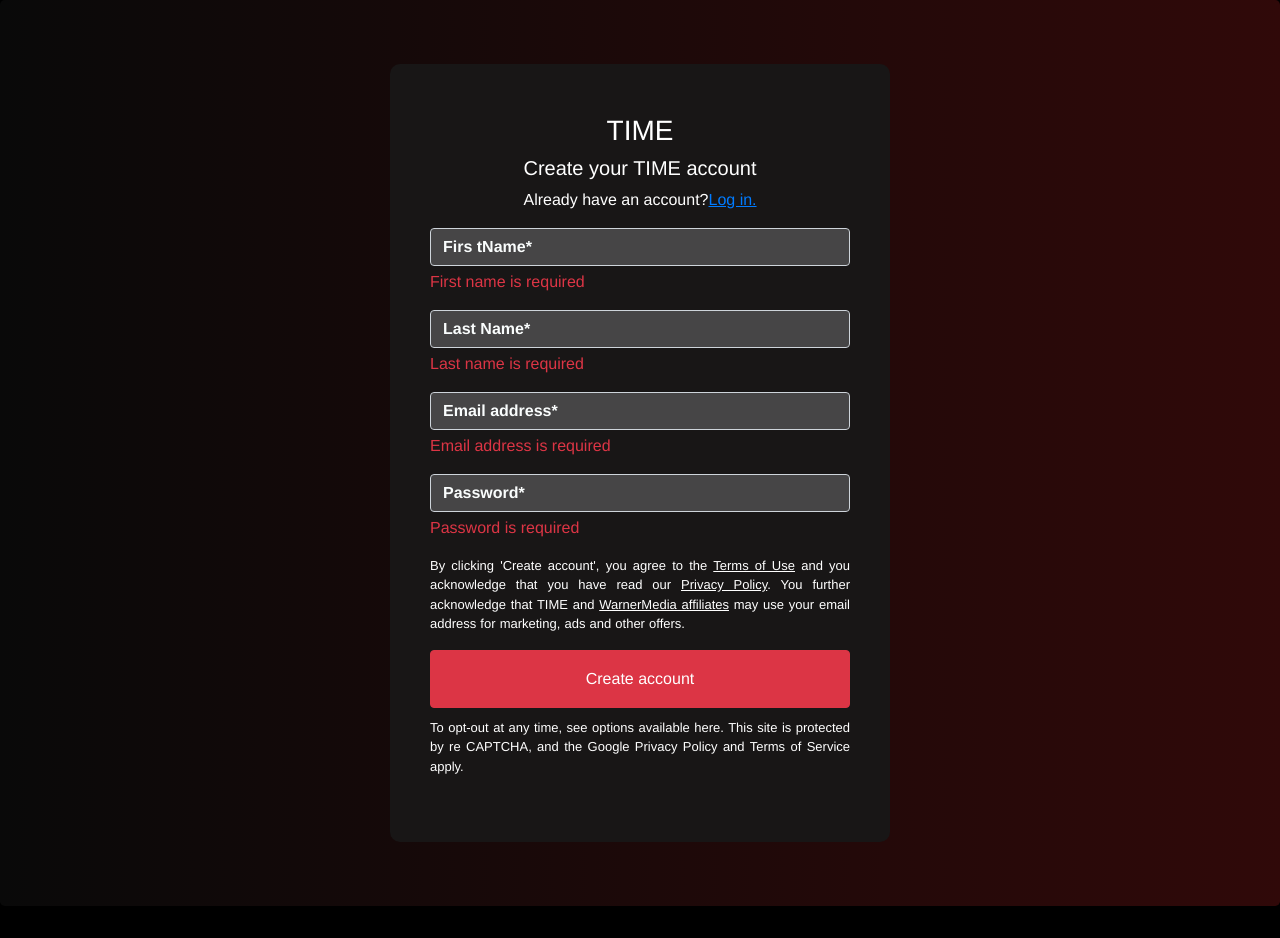
Repository: Vu14082002/WebTinTuc
Page: html/SignUp.html
The author's editor kept a copy of each file at every save. The page is drawn from the files as they stood at one save, then again after the next save.
The browser window is 1280 px wide. The pictures show the whole page.
Some web libraries are served in a nearby version.

Above is the page before, as saved 2022-04-12 20:47:27.

After the next save:
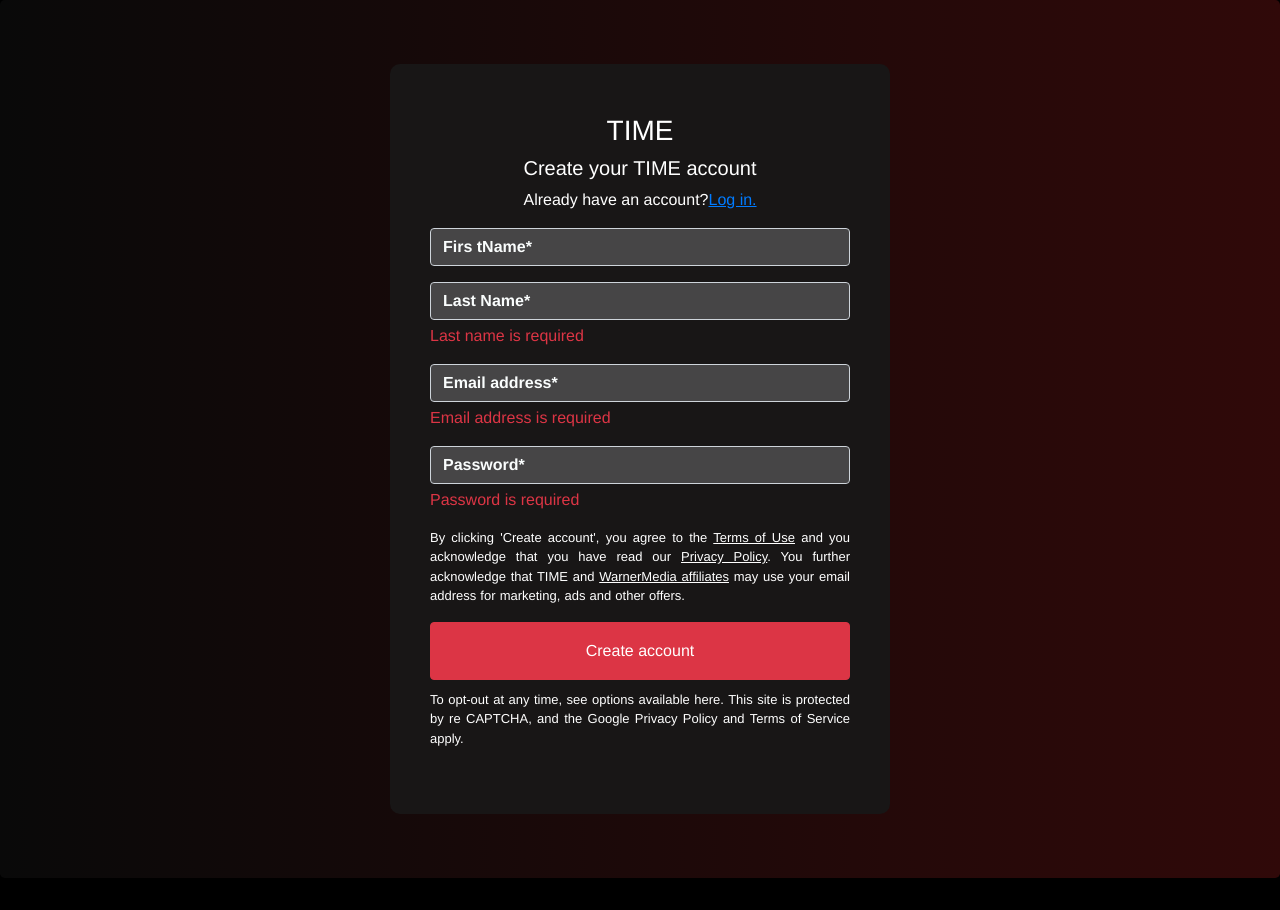
Saved 10 s later.
--- a/html/SignUp.html
+++ b/html/SignUp.html
@@ -30,7 +30,7 @@
             <div class="form-group ">
                 <input type="text" id="FirstName" placeholder="Firs tName*  " class="form-control  text-light "  required >
                 <p class="text-left mt-1">
-                    <span id="checkEmail"  class="checkLogin text-left text-right mb-2 text-danger" >First name is required</span>
+                    <span id="checkEmail"  class="checkLogin text-left text-right mb-2 text-danger" ></span>
                 </p>
                 <input type="text" id="LasttName" placeholder="Last Name* " class="form-control  text-light "  required >
                 <p class="text-left mt-1">
